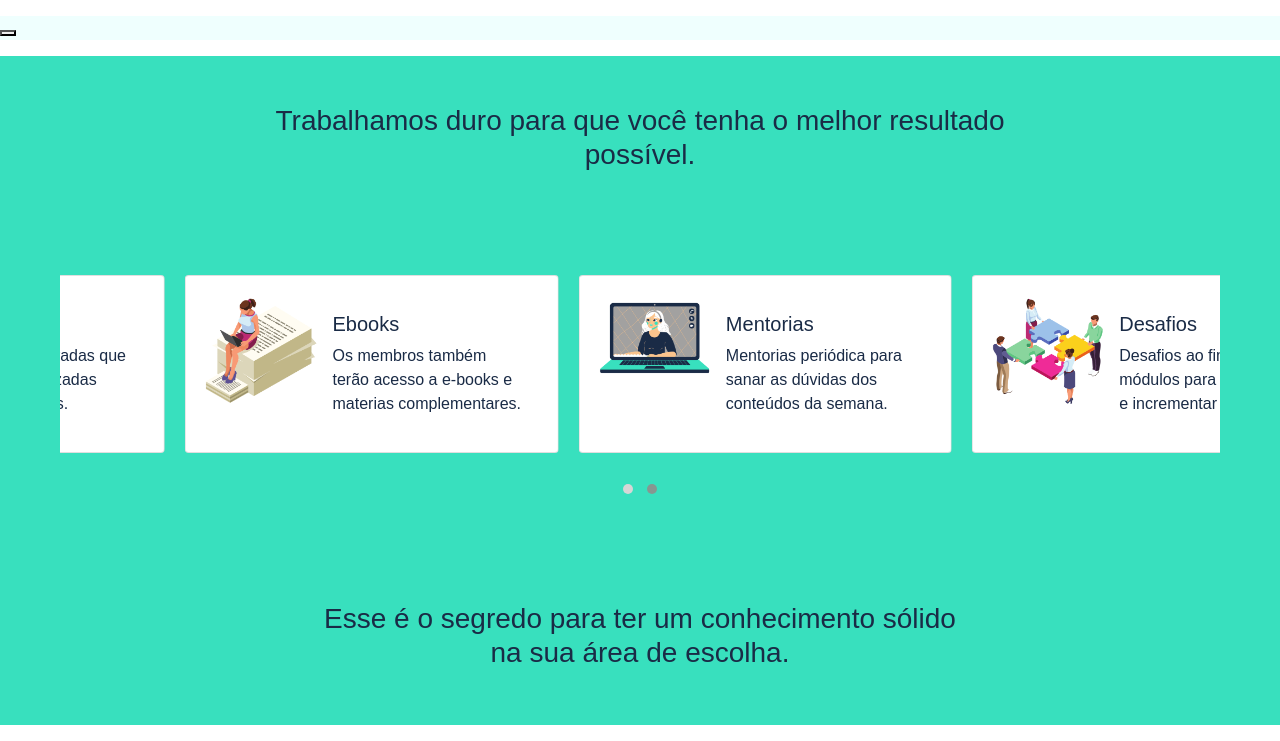
Repository: MarTech-Coders-Planejamento/site-oficial
Page: home.html
These files come from the project's save history. The page is drawn as it stood at one moment and after the next save; the edit follows.
The browser window is 1280 px wide. The pictures show the whole page.
Some web fonts or font styles are not loaded; a fallback is used.

Above is the page before, as saved 2021-10-25 18:50:48.

After the next save:
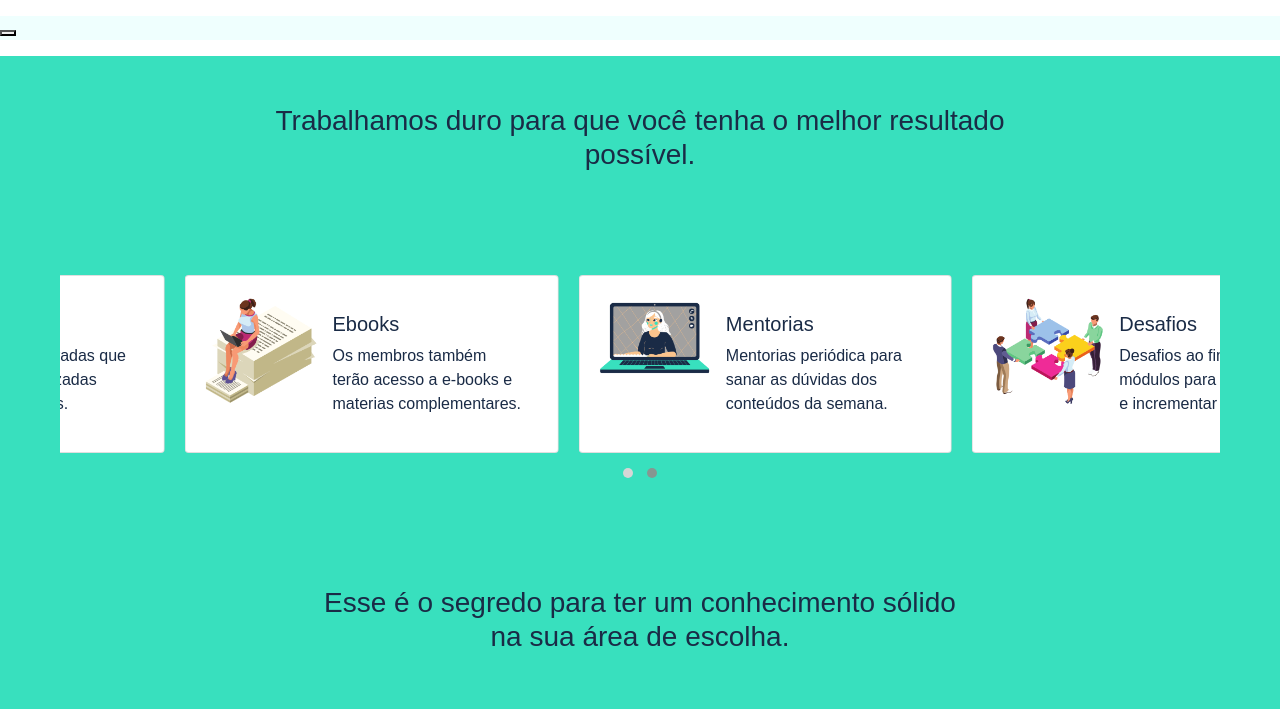
Saved 93 s later.
--- a/home.html
+++ b/home.html
@@ -80,7 +80,7 @@
             <div class="row p-5" style="max-width: 100vw; margin: 0;">
               <div class="col-12">
                 <div class="owl-carousel owl-theme">
-                  <div class="card mb-3" style="max-width: 540px; padding: 20px;">
+                  <div class="card" style="max-width: 540px; padding: 20px;">
                     <div class="row g-0">
                       <div class="col-md-4 align-middle">
                         <img src="/image/icon-video.png" class="img-fluid rounded-start" alt="...">
@@ -94,7 +94,7 @@
                     </div>
                   </div>
 
-                  <div class="card mb-3" style="max-width: 540px; padding: 20px;">
+                  <div class="card" style="max-width: 540px; padding: 20px;">
                     <div class="row g-0">
                       <div class="col-md-4 align-middle">
                         <img src="/image/icon-ebook.png" class="img-fluid rounded-start" alt="...">
@@ -107,7 +107,7 @@
                       </div>
                     </div>
                   </div>
-                  <div class="card mb-3" style="max-width: 540px; padding: 20px;">
+                  <div class="card" style="max-width: 540px; padding: 20px;">
                     <div class="row g-0">
                       <div class="col-md-4 align-middle">
                         <img src="/image/icon-mentoria.png" class="img-fluid rounded-start" alt="...">
@@ -120,7 +120,7 @@
                       </div>
                     </div>
                   </div>
-                  <div class="card mb-3" style="max-width: 540px; padding: 20px;">
+                  <div class="card" style="max-width: 540px; padding: 20px;">
                     <div class="row g-0">
                       <div class="col-md-4 align-middle">
                         <img src="/image/icon-desafio.png" class="img-fluid rounded-start" alt="...">
